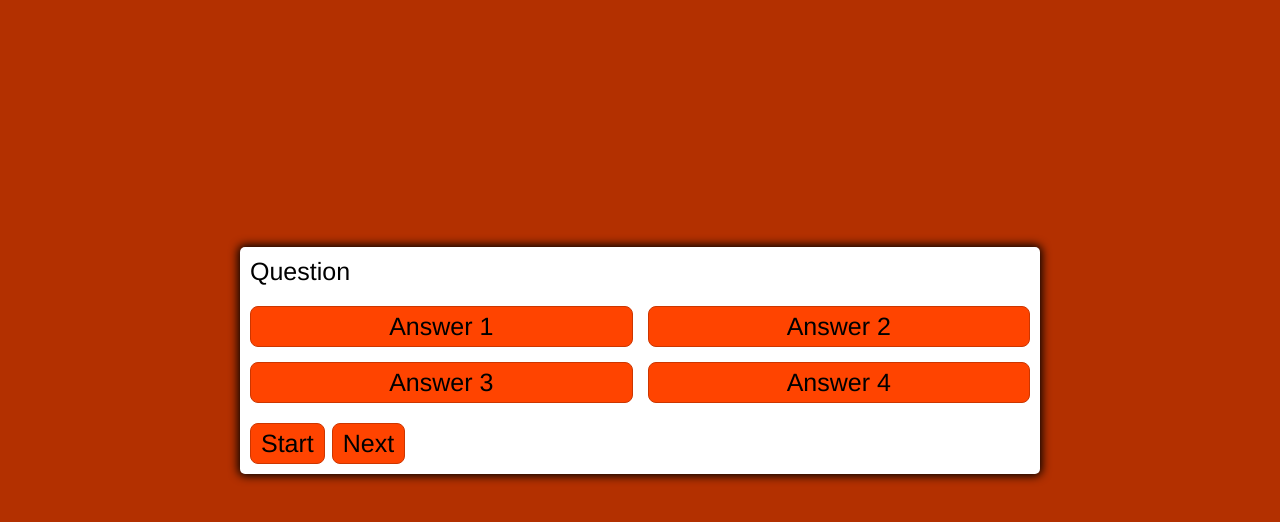
Repository: Vshepard879/Code-Quiz
Page: index.html
The author's editor kept a copy of each file at every save. The page is drawn from the files as they stood at one save, then again after the next save.
The browser window is 1280 px wide. The pictures show the whole page.

Above is the page before, as saved 2022-03-18 02:12:11.

### index.html
<!DOCTYPE html>
<html lang="en">
<head>
    <meta charset="UTF-8">
    <meta http-equiv="X-UA-Compatible" content="IE=edge">
    <meta name="viewport" content="width=device-width, initial-scale=1.0">
    <link href="./assets/css/style.css" link rel="stylesheet">
    <script defer src="./assets/js/script.js"></script>
    <title>Quiz App</title>
</head>
<body>
    <div class="container">
        <div id="question-container" class="hide">
            <div id="question-container" class="hide">
                <div id="question">Question</div>
                <div id="answer-buttons" class="btn-grid">
                <button class="btn">Answer 1</button>
                <button class="btn">Answer 2</button>
                <button class="btn">Answer 3</button>
                <button class="btn">Answer 4</button>
            </div>
        </div>
        <div class="controls">
            <button id="start-btn" class="start-btn btn">Start</button>
            <button id="next-btn" class="next-btn btn hide">Next</button>
        </div>
    </div>
</body>
</html>

### assets/css/style.css
*, *::before, *::after {
    box-sizing: border-box;
    font-family: 'Franklin Gothic Medium', 'Arial Narrow', Arial, sans-serif;
    font-size: 25px;
}

:root {
    --hue-neutral: 16;
    --hue-wrong: 0;
    --hue-correct: 145;
}

body {
    --hue: var(--hue-neutral);
    padding: 0;
    margin: 0;
    display: flex;
    width: 100vw;
    height: 100vh;
    justify-content:center;
    align-items:center;
    background-color:hsl(var(--hue), 100%, 35%);
}


body.correct {
    --hue: var(--hue-correct);
}

body.wrong {
    --hue: var(--hue-wrong);
}

.container {
    width: 800px;
    max-width: 70%;
    background-color: white;
    border-radius: 5px;
    padding: 10px;
    box-shadow: 0 0 10px 2px;
}

.btn-grid {
    display: grid;
    grid-template-columns: repeat(2, auto);
    gap: 15px;
    margin: 20px 0;
}


.btn {
    --hue: var(--hue-neutral);
    border: 1px solid hsl(var(--hue),100%, 40%);
    background-color: hsl(var(--hue), 100%, 50%);
    border-radius: 8px;
    padding: 5px 10px;
    color: black;
    outline: none;
}

.btn:hover {
    border-color: black;
}

Loaded but not shown: assets/js/script.js (no stored copy; drawn as an empty file)

After the next save:
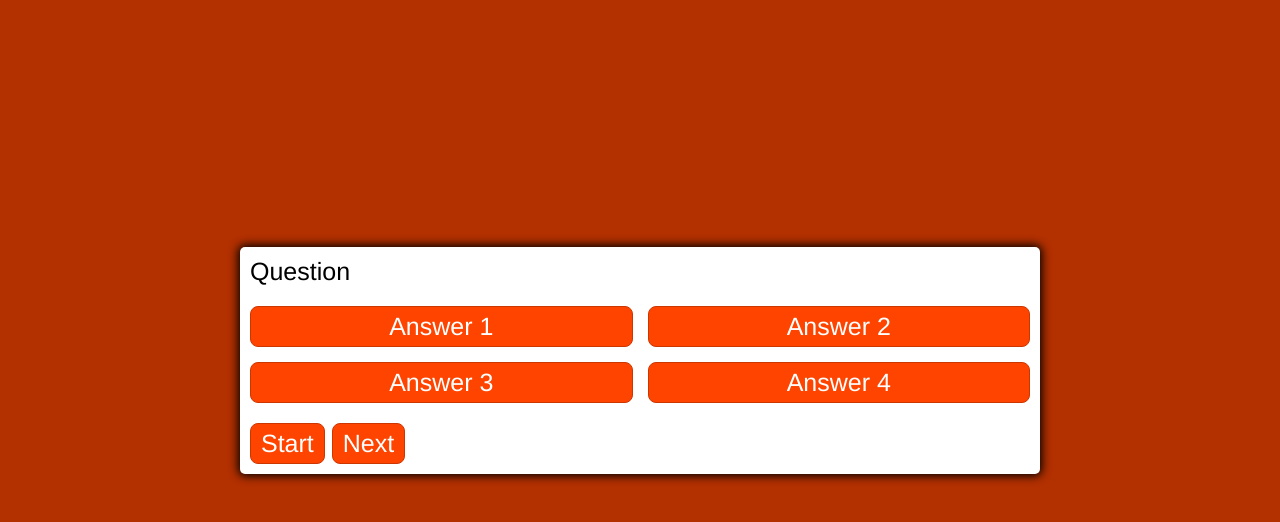
Saved 25 s later.
--- a/assets/css/style.css
+++ b/assets/css/style.css
@@ -54,7 +54,7 @@
     background-color: hsl(var(--hue), 100%, 50%);
     border-radius: 8px;
     padding: 5px 10px;
-    color: black;
+    color: white;
     outline: none;
 }
 

After the save that followed:
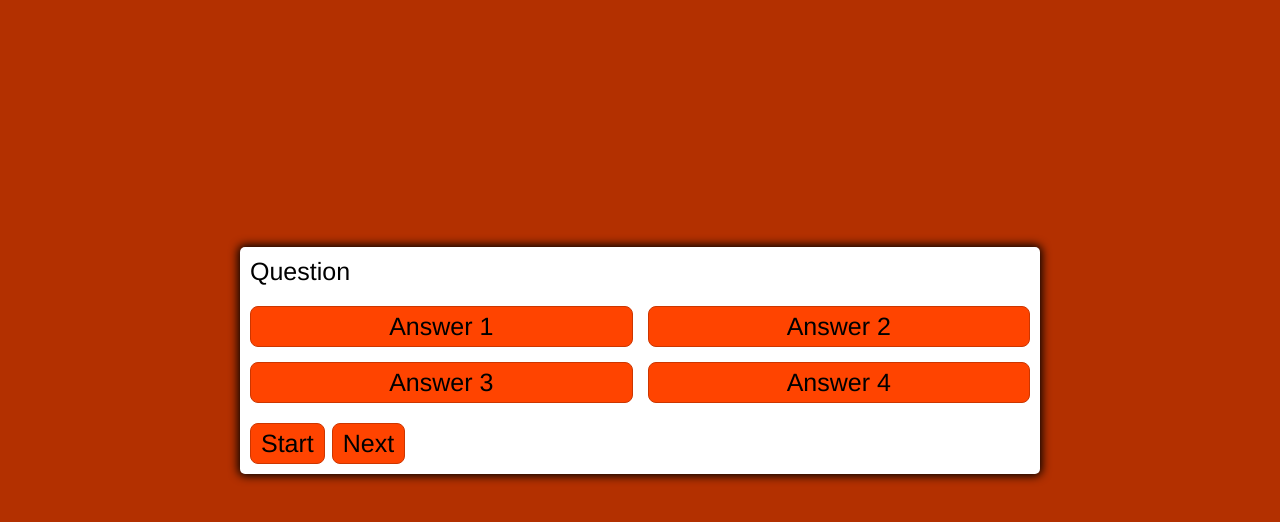
Saved 41 s later.
--- a/assets/css/style.css
+++ b/assets/css/style.css
@@ -54,7 +54,7 @@
     background-color: hsl(var(--hue), 100%, 50%);
     border-radius: 8px;
     padding: 5px 10px;
-    color: white;
+    color: black;
     outline: none;
 }
 
